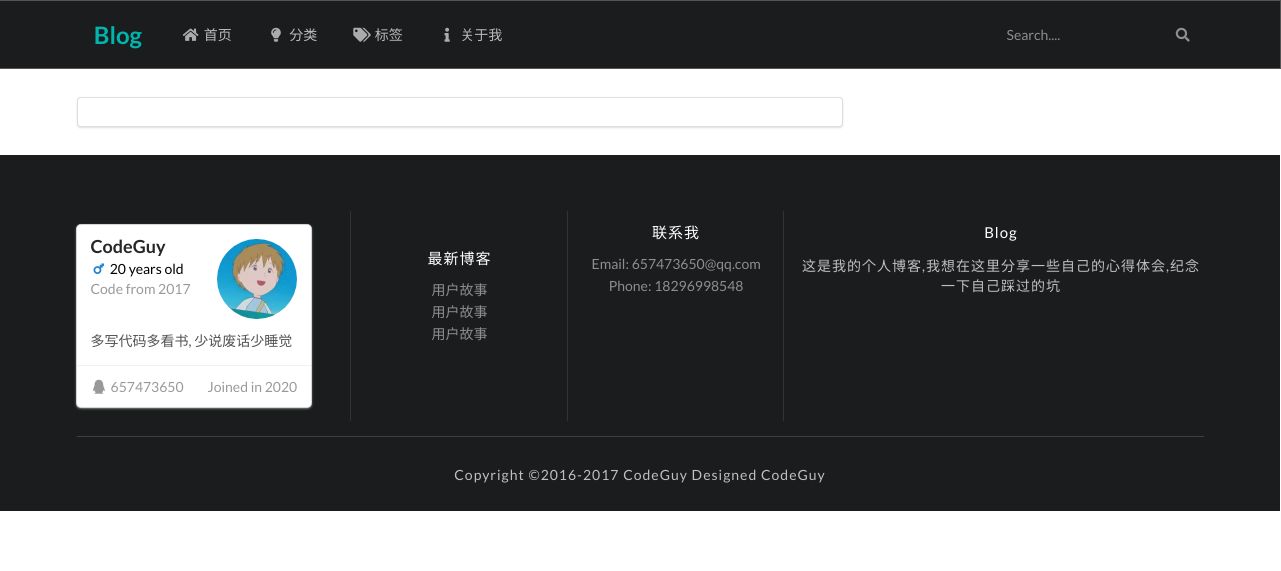
Repository: GOGOHQ/myblog
Page: index.html
An editor plug-in stored every save of this project. The page is shown before and after the next save, followed by the edit.
The browser window is 1280 px wide. The page is 1281 px wide, so the pictures cover 1281 px, including what lies to the right of the window. The pictures show the whole page.
Some web libraries are served in a nearby version.

Above is the page before, as saved 2020-01-16 18:43:59.

After the next save:
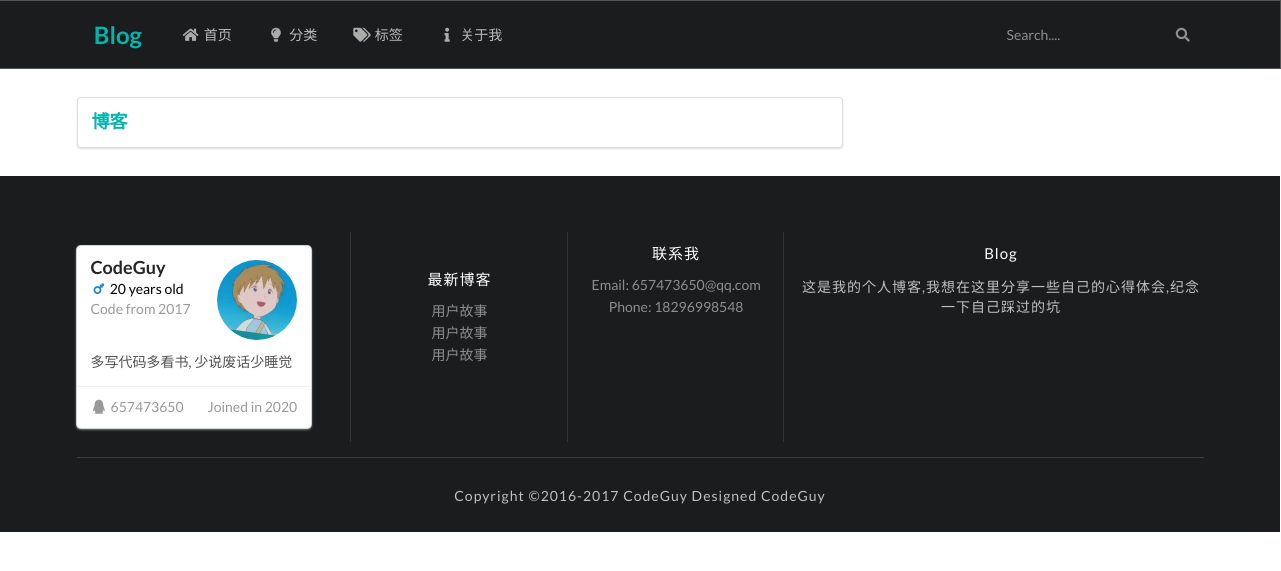
Saved 2 min 11 s later.
--- a/index.html
+++ b/index.html
@@ -35,7 +35,13 @@
     <div class="ui container">
         <div class="ui grid">
             <div class="eleven wide column">
-                <div class="ui segment"></div>
+                <div class="ui segment">
+                    <div class="ui two column grid">
+                        <div class="column">
+                            <h3 class="ui teal header">博客</h3>
+                        </div>
+                    </div>
+                </div>
             </div>
             <div class="five wide column"></div>
         </div>
